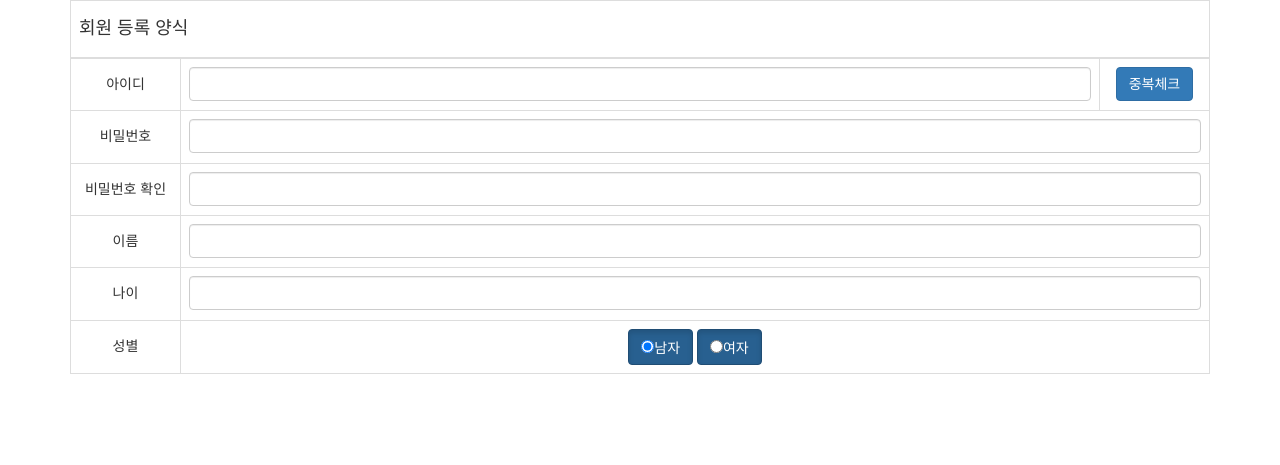
Repository: LJzero-dev/java-study
Page: http://localhost/test/
An editor plug-in stored every save of this project. The page is shown before and after the next save, followed by the edit.
The browser window is 1280 px wide. The pictures show the whole page.
The page is served by Tomcat 9. Other server files are loaded and not shown.

Above is the page before, as saved 2023-06-07 11:18:56.

### web/test/WebContent/index.jsp
<%@ page language="java" contentType="text/html; charset=UTF-8" pageEncoding="UTF-8"%>
<!DOCTYPE html PUBLIC "-//W3C//DTD HTML 4.01 Transitional//EN" "http://www.w3.org/TR/html4/loose.dtd">
<html>
<head>
	<meta http-equiv="Content-Type" content="text/html; charset=UTF-8">
	<meta name="viewport" content="width=device-width, initial-scale=1">
	<link rel="stylesheet" href="css/bootstrap.css">
	<link rel="stylesheet" href="css/custom.css">
<title>Insert title here</title>
<script src="https://code.jquery.com/jquery-3.7.0.min.js" integrity="sha256-2Pmvv0kuTBOenSvLm6bvfBSSHrUJ+3A7x6P5Ebd07/g=" crossorigin="anonymous"></script>
<script src="js/bootstrap.js"></script>
</head>
<body>
	<div class="container">
		<form method="post" action="./userRegister">
			<table class = "table table-bordered table-hover" style="text-align:center; border:1px solid #dddddd">
				<thead>
					<tr>
						<th colspan="3"><h4>회원 등록 양식</h4></th>
					</tr>
				</thead>
				<tbody>
					<tr>
						<td style="width: 110px;"><h5>아이디</h5></td>
						<td><input class="form-control" type="text" id="userID" name="userID" maxlength="20"></td>
						<td style="width: 110px;" ><button class="btn btn-primary" onclick="registerCheckFunction();" type="button">중복체크</button></td>
					</tr>
					<tr>
						<td style="width: 110px;"><h5>비밀번호</h5></td>
						<td colspan="2" ><input class="form-control" type="password" id="userPassword1" name="userPassWord1" maxlength="20" ></td>
					</tr>
					<tr>
						<td style="width: 110px;"><h5>비밀번호 확인</h5></td>
						<td colspan="2" ><input class="form-control" type="password" id="userPassword2" name="userPassWord2" maxlength="20" ></td>
					</tr>
					<tr>
						<td style="width: 110px;"><h5>이름</h5></td>
						<td colspan="2" ><input class="form-control" type="text" id="userName" name="userName" maxlength="20"></td>
					</tr>
					<tr>
						<td style="width: 110px;"><h5>나이</h5></td>
						<td colspan="2" ><input class="form-control" type="text" id="userAge" name="userAge" maxlength="20"></td>
					</tr>
					<tr>
						<td style="width: 110px;"><h5>성별</h5></td>
						<td colspan="2" >
							<div class="form-group" style="text-align:center; margin: 0 auto;">
								<label class="btn btn-primary active">
									<input type="radio" name="userGender" autocomplete="off" value="남자" checked>남자
								</label>
								<label class="btn btn-primary active">
									<input type="radio" name="userGender" autocomplete="off" value="여자" >여자
								</label>
							</div>
						</td>
					</tr>
				</tbody>
			</table>
		</form>
	</div>
</body>
</html>

Loaded but not shown: web/test/WebContent/css/bootstrap.css (library); web/test/WebContent/css/custom.css (common file); web/test/WebContent/js/bootstrap.js (library)

After the next save:
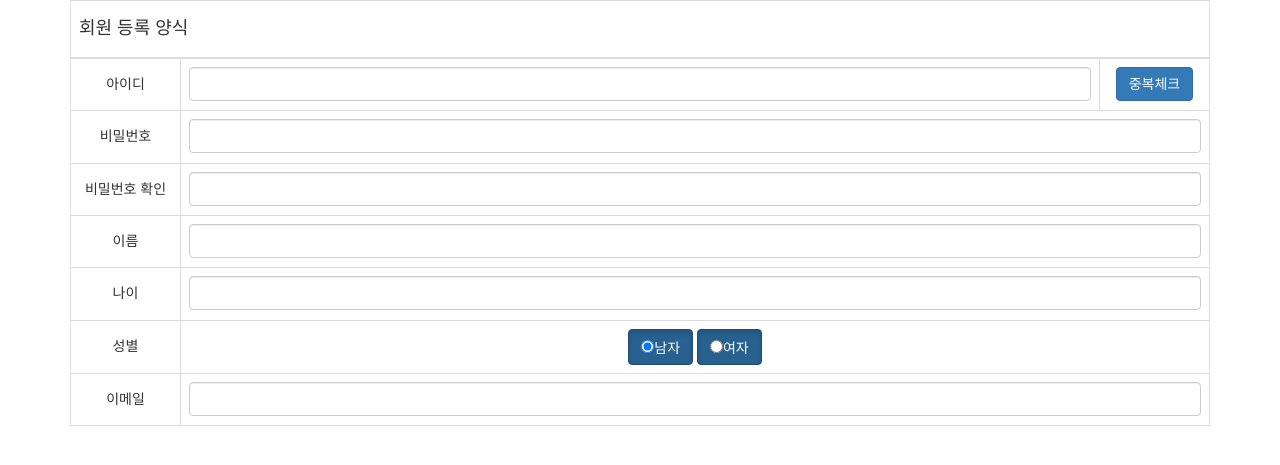
Saved 36 s later.
--- a/web/test/WebContent/index.jsp
+++ b/web/test/WebContent/index.jsp
@@ -54,6 +54,10 @@
 							</div>
 						</td>
 					</tr>
+					<tr>
+						<td style="width: 110px;"><h5>이메일</h5></td>
+						<td colspan="2" ><input class="form-control" type="email" id="userEmail" name="userEmail" maxlength="20"></td>
+					</tr>
 				</tbody>
 			</table>
 		</form>
